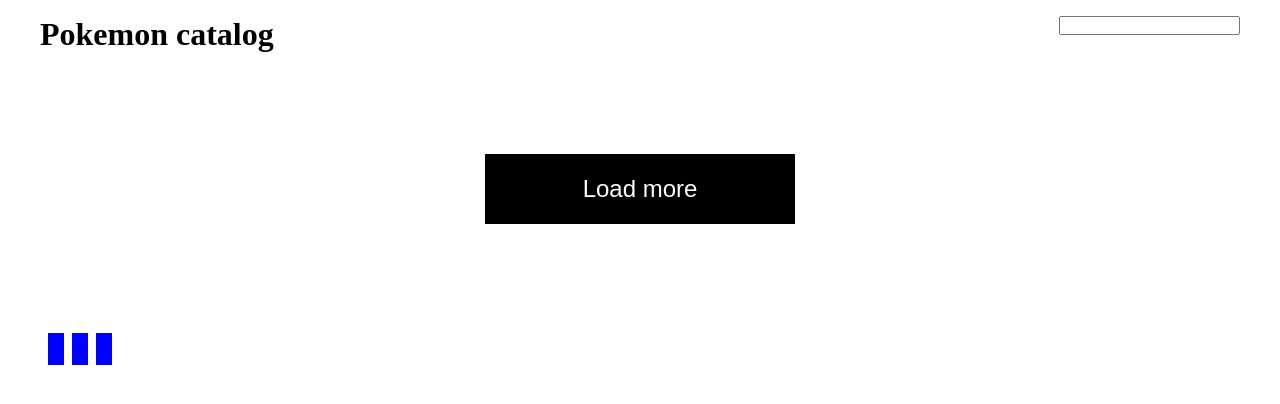
Repository: Ryszard-Penkala/pokemon-API
Page: index.html
The author's editor kept a copy of each file at every save. The page is drawn from the files as they stood at one save, then again after the next save.
The browser window is 1280 px wide. The pictures show the whole page.
The pointer rests on the first visible `.footer-main__load-button`.
The page's requests for data from a server got no answer.

Above is the page before, as saved 2020-06-28 07:58:17.

### index.html
<!DOCTYPE html>
<html lang="en">
<head>
    <meta charset="UTF-8">
    <meta name="viewport" content="width=device-width, initial-scale=1.0">
    <link href="https://fonts.googleapis.com/css2?family=Lato:wght@400;700&amp;display=swap" rel="stylesheet">
    <link rel="stylesheet" href="assets/styles/styles.css">
    <title>Pokemon API</title>
</head>
<body>
    <main class="pokemon-app">
        <header class="header-main pokemon-app__header">
            <div class="header-main__catalog">
                <h1 class="header-main__heading">Pokemon catalog</h1>
            </div>
            <div class="header-main__search-bar">
                <input class="header-main__searching header-main__searching--active" type="text">
            </div>
        </header>
        <section class="section-main pokemon-app__section" data-content>

        </section>
        <footer class="footer-main pokemon-app__footer">
            <div class="footer-main__load-bar">
                <button class="footer-main__load-button">Load more</button>
                <div class="footer-main__loader"><div></div><div></div><div></div></div>
            </div>

        </footer>
    </main>


    <script src="assets/js/script.js"></script>
    <script>
        const Catalog = new pokemonAPICatalog();
        Catalog.init();
    </script>
</body>
</html>

### assets/styles/styles.css
*, *::before, *::after{
    margin: 0;
    padding: 0;
    box-sizing: border-box;
}
.body{
    display: flex;
    font-family: "Lato", sans-serif;
}

.pokemon-app{
    max-width: 1200px;
    margin: 0 auto;
}

.header-main{
    display: flex;
    justify-content: space-between;
    padding: 1rem 0;
}

.header-mian__catalog{
    display: inline-block;
}

.header-main__search-bar{
    display: inline-block;
}

.section-main{
    display: grid;
    grid-gap: 25px;
    grid-template-columns: repeat(auto-fit, minmax(250px, 1fr));
}
.section-main__card{
    width: 250px;
}
.card__header{
    display: flex;
    justify-content: space-between;
    line-height: 24px;
}

.card__name{
    font-size: 24px;
}

.card__image{
    width: 250px;
}

.card--bold{
    font-weight: 700;
}

.footer-main__load-button{
  display: block;
  margin: 5rem auto;
  height: 5rem;
  width: 20rem;
  font-size: 24px;
  border: 5px solid;
  cursor: pointer;
}

.footer-main__load-button:hover{
  color: white;
  background-color: black;
  border: 5px solid;
}




.footer-main__loader {
    display: inline-block;
    position: relative;
    width: 80px;
    height: 80px;
  }
  .footer-main__loader div {
    display: inline-block;
    position: absolute;
    left: 8px;
    width: 16px;
    background: blue;
    animation: footer-main__loader 1.2s cubic-bezier(0, 0.5, 0.5, 1) infinite;
  }
  .footer-main__loader div:nth-child(1) {
    left: 8px;
    animation-delay: -0.24s;
  }
  .footer-main__loader div:nth-child(2) {
    left: 32px;
    animation-delay: -0.12s;
  }
  .footer-main__loader div:nth-child(3) {
    left: 56px;
    animation-delay: 0;
  }
  @keyframes footer-main__loader {
    0% {
      top: 8px;
      height: 64px;
    }
    50%, 100% {
      top: 24px;
      height: 32px;
    }
  }

### assets/js/script.js
class pokemonAPICatalog {
    constructor() {
        this.catalog = null;
        this.cards = [];
        this.page = 1;

        this.API = "https://api.pokemontcg.io";
        this.API_VERSION= "v1";
        this.API_RESOURCE = "cards?pageSize=4&page=2";
        this.API_PAGE_SIZE = "pageSize=4"
        this.API_PAGE = "page="

        this.API_ENDPOINT = `${this.API}/${this.API_VERSION}/${this.API_RESOURCE}?${this.API_PAGE_SIZE}&${this.API_PAGE}${this.page}`;

        this.UiSelectors = {
            content : `[data-content]`
        }
    }
    init(){
        this.catalog = document.querySelector(this.UiSelectors.content);
        this.pullCards();

    }

    async pullCards(){
        const { cards } = await this.fetchData(this.API_ENDPOINT)
        this.cards = [...cards];
        this.addCards(this.cards);
    }


    async fetchData(url){
        const response = await fetch(url);
        const parsedResponse = await response.json();

        return parsedResponse;
    }

    addCards(cards){
        this.cards.map(card => {
            this.catalog.insertAdjacentHTML("beforeend", this.drawCard(card))
        });
    }

    drawCard(card){
        return(
            `<span class="section-main__card">
                <header class="card__header">
                    <span class="card__name card--bold">${card.name}</span>
                    <span class="card__id">Nr: ${card.number}</span>
                </header>
                <img src=${card.imageUrl} class="card__image">
                <footer class="card_footer">
                    <div class="card__supertype">
                        <span class="card__supertype card--bold">Supertype : </span>
                        ${card.supertype}
                    </div>
                    <div class="card__subtype">
                        <span class="card__subtype card--bold">Subtype : </span>
                        ${card.subtype}
                    </div>
                    <div class="card__rarity">
                        <span class="card__rarity card--bold">Rarity : </span>
                        ${card.rarity}
                    </div>
                </footer>
            </span>`
        )
    }
}

After the next save:
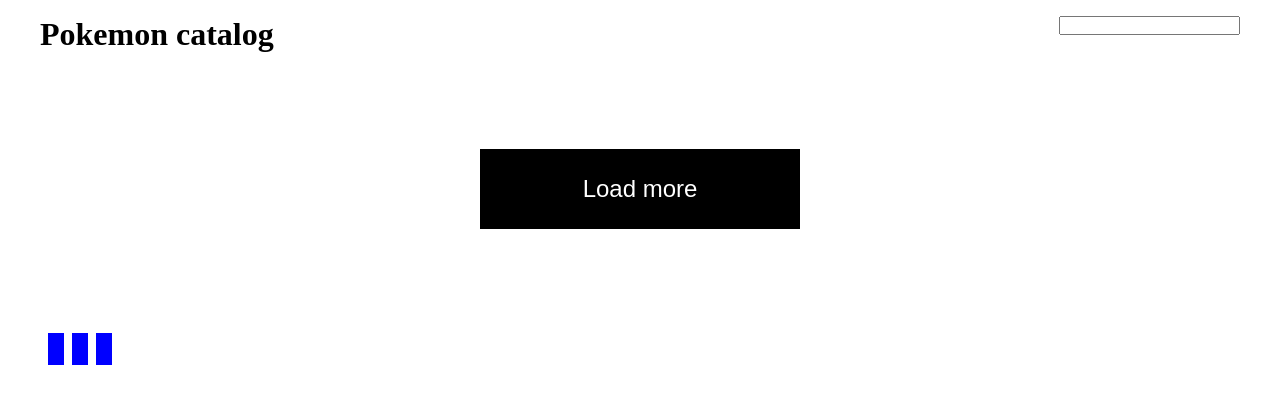
Saved 11 s later.
--- a/assets/styles/styles.css
+++ b/assets/styles/styles.css
@@ -66,7 +66,7 @@
 .footer-main__load-button:hover{
   color: white;
   background-color: black;
-  border: 5px solid;
+  border: 5px solid black;
 }
 
 
